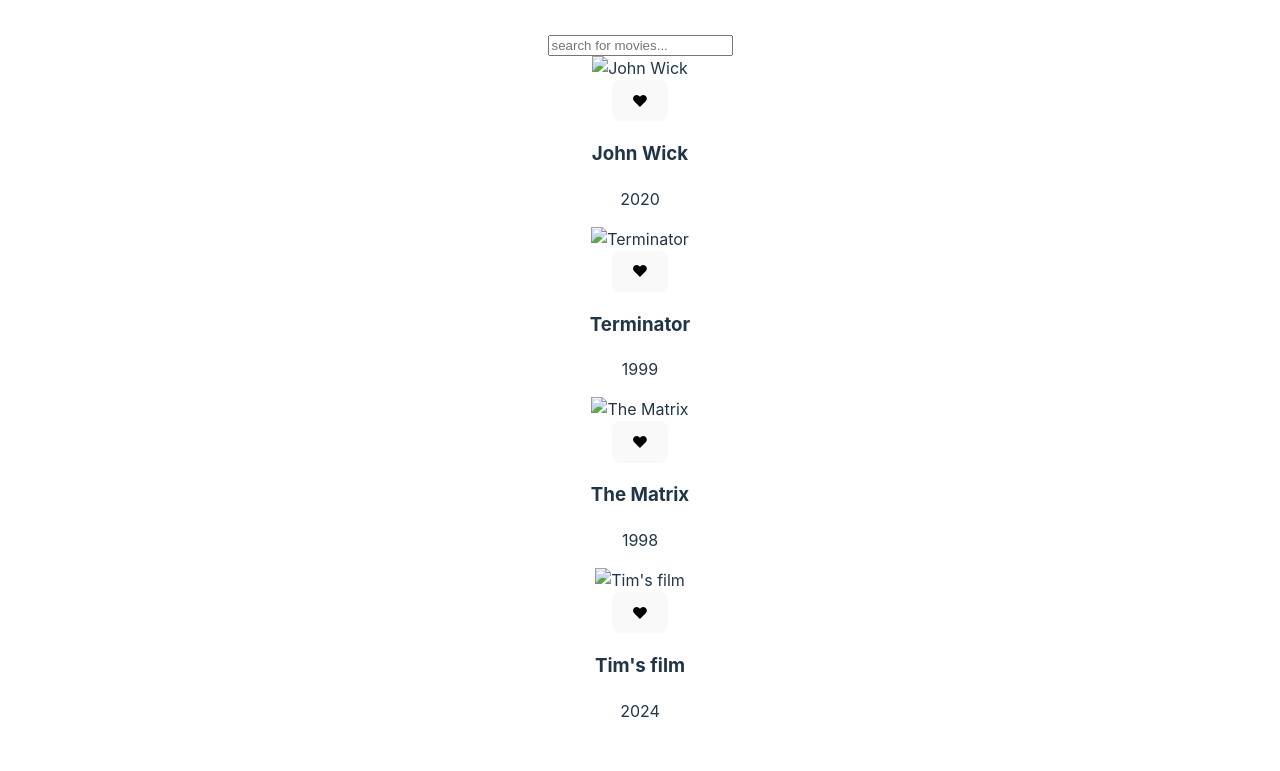
Repository: gogg23/movie-app
Page: / (app in movie app/)
The author's editor kept a copy of each file at every save. The page is drawn from the files as they stood at one save, then again after the next save.
The browser window is 1280 px wide. The pictures show the whole page.
The project was rebuilt for these pictures with package versions that can differ from the ones it lists, and the page was loaded fresh each time. Also part of the build but not shown: movie app/vite.config.js.

Above is the page before, as saved 2025-02-19 18:35:13.

### movie app/index.html
<!DOCTYPE html>
<html lang="en">
  <head>
    <meta charset="UTF-8" />
    <link rel="icon" type="image/svg+xml" href="/vite.svg" />
    <meta name="viewport" content="width=device-width, initial-scale=1.0" />
    <title>Movie List</title>
  </head>
  <body>
    <div id="root"></div>
    <script type="module" src="/src/main.jsx"></script>
  </body>
</html>

### movie app/src/App.jsx
import './App.css';
import Home from './pages/Home';
import MovieCard from './components/MovieCard';

function App() {
  return (
    <>
      <Home />
      <MovieCard movie={{ title: "Tim's film", release_date: '2024' }} />
    </>
  );
}

export default App;

### movie app/src/pages/Home.jsx
import MovieCard from '../components/MovieCard';

function Home() {
  const movies = [
    { id: 1, title: 'John Wick', release_date: '2020' },
    { id: 2, title: 'Terminator', release_date: '1999' },
    { id: 3, title: 'The Matrix', release_date: '1998' },
  ];

  const handleSearch = () => {};

  return (
    <div className='home'>
      <form onSubmit={handleSearch} className='search-form'>
        <input
          type='text'
          placeholder='search for movies...'
          className='search-input'
        />
      </form>
      <div className='movies-grid'>
        {movies.map((movie) => (
          <MovieCard movie={movie} key={movie.id} />
        ))}
      </div>
    </div>
  );
}
export default Home;

### movie app/src/components/MovieCard.jsx
function MovieCard({ movie }) {
  function onFavoriteClick() {
    alert('clicked');
  }

  return (
    <div className='movie-card'>
      <div className='movie-poster'>
        <img src={movie.url} alt={movie.title} />
        <div className='movie-overlay'></div>
        <button className='favorite-btn' onClick={onFavoriteClick}>
          ♥
        </button>
      </div>
      <div className='movie-info'>
        <h3>{movie.title}</h3>
        <p>{movie.release_date}</p>
      </div>
    </div>
  );
}

export default MovieCard;

Loaded but not shown: movie app/src/main.jsx (common file); movie app/src/index.css (common file); movie app/src/App.css (common file)

After the next save:
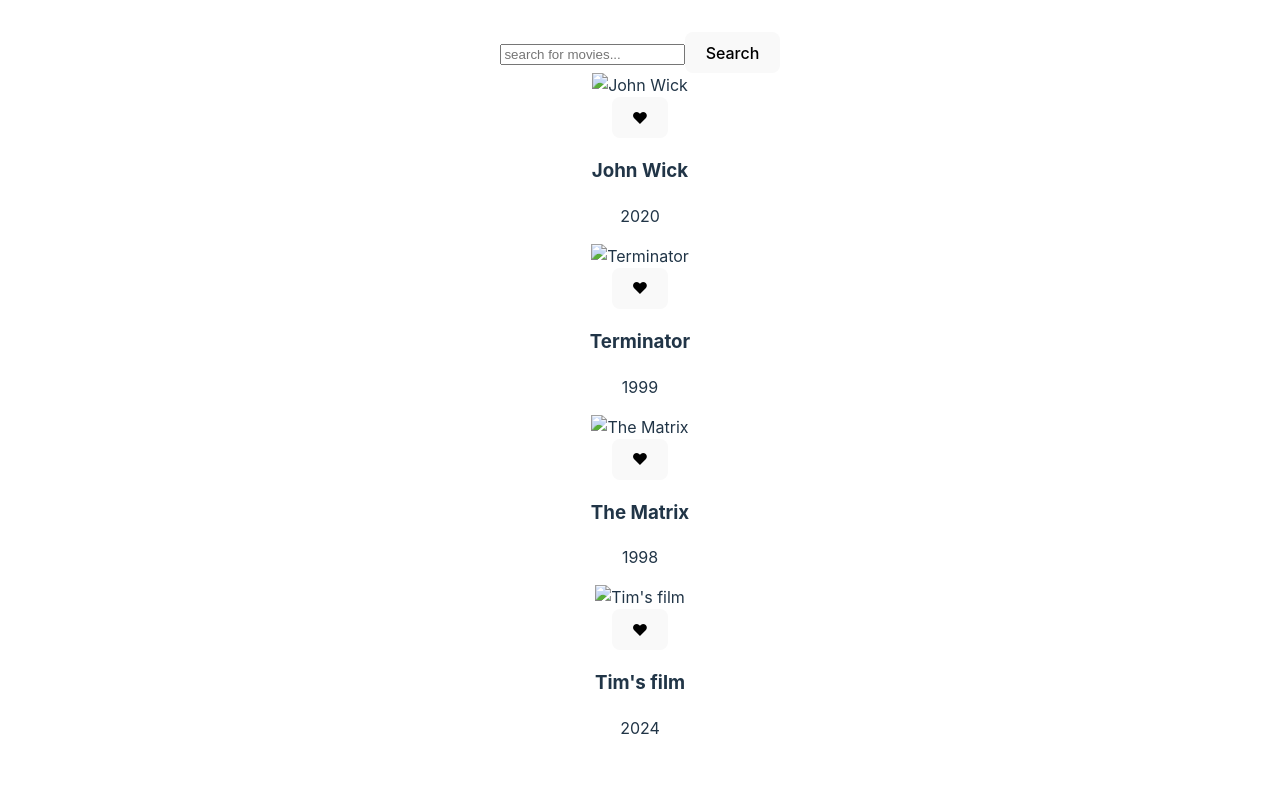
Saved 50 min 53 s later.
--- a/movie app/src/pages/Home.jsx
+++ b/movie app/src/pages/Home.jsx
@@ -17,6 +17,9 @@
           placeholder='search for movies...'
           className='search-input'
         />
+        <button type='submit' className='search-button'>
+          Search
+        </button>
       </form>
       <div className='movies-grid'>
         {movies.map((movie) => (
